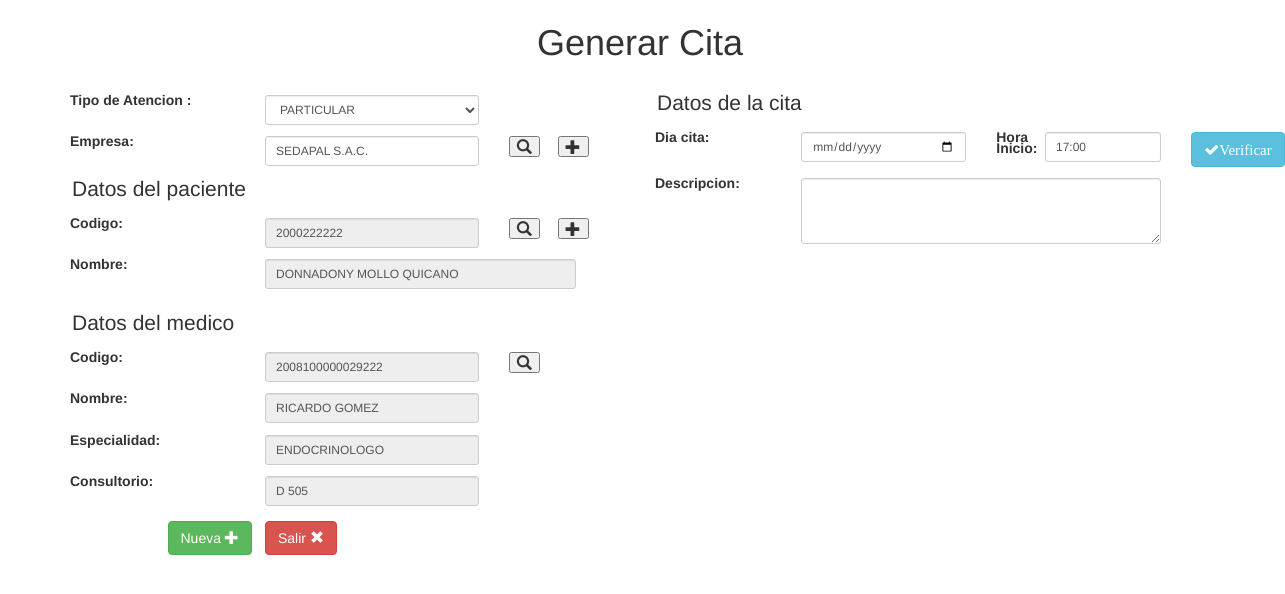
Repository: Donyx10/ADSII-ProyectoClinica
Page: http://localhost/AvanceWeb/GeneraCitaMedica.jsp
The author's editor kept a copy of each file at every save. The page is drawn from the files as they stood at one save, then again after a run of saves.
The browser window is 1280 px wide. The page is 1285 px wide, then 1284 px, so the pictures cover 1285 px, including what lies to the right of the window. The pictures show the whole page.
Some web fonts or font styles are not loaded; a fallback is used. The page is served by Tomcat 9. Other server files are loaded and not shown.

Above is the page before, as saved 2018-06-04 05:43:09.

### WebDemo/AvanceWeb/WebContent/GeneraCitaMedica.jsp
<!DOCTYPE html>
<html lang="esS">
<head>
<meta charset="UTF-8">
<meta name="viewport"
	content="width=device-width, initial-scale=1, maximum-scale=1, user-scalable=no">
<script type="text/javascript" src="js/jquery.min.js"></script>
<script type="text/javascript" src="js/jquery.dataTables.min.js"></script>
<script type="text/javascript" src="js/dataTables.bootstrap.min.js"></script>
<script type="text/javascript" src="js/bootstrap.min.js"></script>
<script type="text/javascript" src="js/bootstrapValidator.js"></script>
<link rel="stylesheet" href="css/bootstrap.css" />
<link rel="stylesheet" href="css/dataTables.bootstrap.min.css" />
<link rel="stylesheet" href="css/style.css" />
<link rel="stylesheet" href="css/bootstrapValidator.css" />
<link rel="stylesheet"
	href="https://cdnjs.cloudflare.com/ajax/libs/font-awesome/4.7.0/css/font-awesome.min.css">
<title>Generar Cita</title>

</head>
<body>

	<div class="container" style="padding-top: 3px; line-height: 0.8;">
		<h1 align="center">Generar Cita</h1>
		<br>
		<br>
		<form action="generarCita" id="id_form">
			<div class="form-group row">
				<div class="col-md-6" >

					<div class="form-group row" align="left" id="atencion">
						<div class="col-md-12" >
							<div class="row">
								<div class="col-md-4">
									<label for="atencion">Tipo de Atencion : </label>
								</div>
								<div class="col-md-5">
									<select class="form-control input-sm" style="">
										<option>PARTICULAR
										<option>EPS
										<option>SEGURO
									</select>
								</div>
							</div>
							<br>
							<div class="row">
									<div class="col-md-4">
										<label class="" for="id_codigo">Empresa:</label>
									</div>
									<div class="col-md-5">
										<input class="form-control input-sm" type="text"
											value="SEDAPAL S.A.C." id="" name=""
											placeholder="Ingrese el codigo">
									</div>
									<div class="col-md-1" align="right">
										<button style="font-size: 15px">
											<i class="glyphicon glyphicon-search"></i>
										</button>
									</div>
									<div class="col-sm-1">
										<button style="font-size: 15px">
											<i class="glyphicon glyphicon-plus"></i>
										</button>
									</div>
								</div>

						</div>
					</div>

					<div class="form-group row" align="left" id="paciente">
						<div class="col-md-12" >
							<fieldset>
								<legend>Datos del paciente</legend>
								<div class="row">
									<div class="col-md-4">
										<label class="" for="id_codigo">Codigo:</label>
									</div>
									<div class="col-md-5">
										<input class="form-control input-sm" type="text" readonly="readonly"
											value="2000222222" id="" name=""
											placeholder="Ingrese el codigo">
									</div>
									<div class="col-md-1" align="right">
										<button style="font-size: 15px">
											<i class="glyphicon glyphicon-search"></i>
										</button>
									</div>
									<div class="col-sm-1">
										<button style="font-size: 15px">
											<i class="glyphicon glyphicon-plus"></i>
										</button>
									</div>
								</div>
								<br>
								<div class="row">
									<div class="col-md-4">
										<label class="" for="">Nombre:</label>
									</div>
									<div class="col-md-7">
										<input class="form-control input-sm" type="text" readonly="readonly"
											value="DONNADONY MOLLO QUICANO" id="" name=""
											placeholder="Ingrese el nombre" size="30">
									</div>
								</div>

							</fieldset>
						</div>

					</div>

					<br>
					<div class="form-group row" id="cita" >
						<div class="col-md-12">
						<fieldset>
								<legend>Datos del medico</legend>

								<div class="row">
									<div class="col-md-4">
										<label class="" for="id_codigo">Codigo:</label>
									</div>
									<div class="col-md-5">
										<input class="form-control input-sm" type="text" readonly="readonly"
											id="id_codigo" value="2008100000029222"
											name="computadora.nombre" placeholder="Ingrese el codigo">

									</div>
									<div class="col-md-1">
										<button style="font-size: 15px">
											<i class="glyphicon glyphicon-search"></i>
										</button>
									</div>
								</div>
								<br>
								<div class="row">
									<div class="col-md-4">
										<label class="" for="">Nombre:</label>
									</div>
									<div class="col-md-5">
										<input class="form-control input-sm" type="text" id="" readonly="readonly"
											value="RICARDO GOMEZ" name="" placeholder="Ingrese el nombre">
									</div>
								</div>
								<br>
								<div class="row">
									<div class="col-md-4">
										<label class="" for="">Especialidad:</label>
									</div>
									<div class="col-md-5">
										<input class="form-control input-sm" type="text" id="" name="" readonly="readonly"
											value="ENDOCRINOLOGO" placeholder="Ingrese la especialidad">
									</div>
								</div>
								<br>
								<div class="row">
									<div class="col-md-4">
										<label class="" for="">Consultorio:</label>
									</div>
									<div class="col-md-5">
										<input class="form-control input-sm" type="text" id="" name="" readonly="readonly"
											value="D 505" placeholder="Ingrese el consultorio">
									</div>
								</div>
							</fieldset>

						</div>
					</div>
					<div class="form-group row" id="botones">
						<div class="col-md-2" align="center"></div>
						<div class="col-md-2" align="center">
							<button type="submit" class="btn btn-success">
								Nueva <span class="glyphicon glyphicon-plus"></span>
							</button>
						</div>
						<div class="col-md-2" align="center">
							<button type="submit" class="btn btn-danger">
								Salir <span class="glyphicon glyphicon-remove"></span>
							</button>
						</div>
					</div>
				</div>
				<div class="col-md-6" >
					<div class="form-group row" id="medico"
						>
						<div class="col-md-12" >
							<fieldset>
								<legend>Datos de la cita </legend>
								<!--
								<div class="row">
									<div class="col-md-3">
										<label class="" for="">Especialidad:</label>
									</div>
									<div class="col-md-4">
										<select class="form-control input-sm">
											<option>TRAUMATOLOGIA
											<option>CIRUJIA
											<option>GINECOLOGIA
										</select>
									</div>
								</div>
								<br>
								 -->
								<!--
						<div class="row">
							<div class="col-md-3">
								<label class="" for="">Numero:</label>
							</div>
							<div class="col-md-3">
								<input class="form-control" type="text" id="" name="" value="001-000029"
									size="10" placeholder="Numero">
							</div>
						</div>
						<br>-->
								<div class="row">
									<div class="col-md-3">
										<label class="" for="id_codigo">Dia cita:</label>
									</div>
									<div class="col-md-4">
										<input class="form-control input-sm" type="date" id=""
											value="5/18/2018" name="" placeholder="Dia" size="10">

									</div>

									<div class="col-md-1">
										<label class="" for="id_codigo">Hora Inicio:</label>
									</div>
									<div class="col-md-3">
										<input class="form-control input-sm" type="text" id="" name=""
											value="17:00" placeholder="Hora" size="10">

									</div>
									<div class="col-md-1">
										<button style="font-size: 15px" class="btn btn-info">
											<i class="fa fa-check">Verificar</i>
										</button>

									</div>
								</div>
								<br>
								<div class="row">
									<div class="col-md-3">
										<label class="" for="">Descripcion:</label>
									</div>
									<div class="col-lg-8">
										<textarea class="form-control input-sm" rows="3" id="comment"></textarea>
									</div>
								</div>
							</fieldset>
						</div>
					</div>
				</div>
			</div>
		</form>
	</div>
</body>
</html>

### WebDemo/AvanceWeb/WebContent/css/style.css


.table-fixed {
	width: 100%;
	background-color: #f3f3f3;
}

.table-fixed tbody {
	height: 120px;
	overflow-y: auto;
	width: 100%;
}

.table-fixed thead, .table-fixed tbody, .table-fixed tr, .table-fixed td,
	.table-fixed th {
	display: block;
}

.table-fixed tbody td {
	float: left;
}

.table-fixed thead tr th {
	float: left;
	background-color: #f39c12;
	border-color: #e67e22;
}

legend {
    display: block;
    padding-left: 2px;
    padding-right: 2px;
    border: none;
}

Loaded but not shown: WebDemo/AvanceWeb/WebContent/js/jquery.min.js (library); WebDemo/AvanceWeb/WebContent/js/jquery.dataTables.min.js (library); WebDemo/AvanceWeb/WebContent/js/dataTables.bootstrap.min.js (common file); WebDemo/AvanceWeb/WebContent/js/bootstrap.min.js (library); WebDemo/AvanceWeb/WebContent/js/bootstrapValidator.js (library); WebDemo/AvanceWeb/WebContent/css/bootstrap.css (library); WebDemo/AvanceWeb/WebContent/css/dataTables.bootstrap.min.css (library); WebDemo/AvanceWeb/WebContent/css/bootstrapValidator.css (common file)

After the next 2 saves:
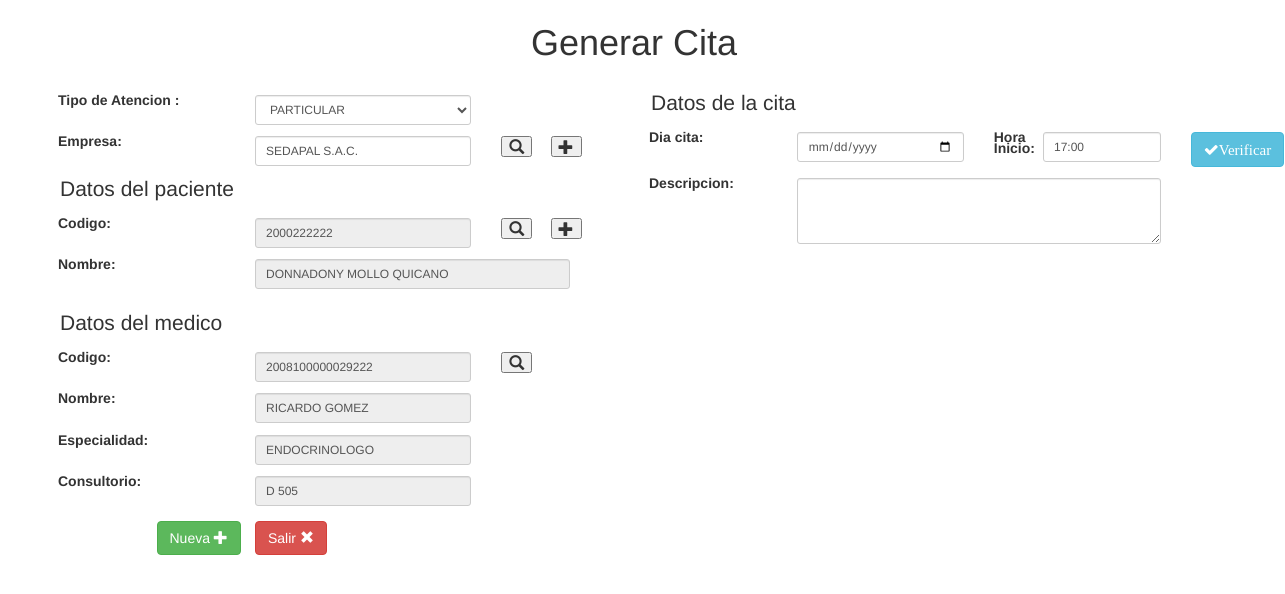
The 2 saves are shown as one change because they came seconds apart.
The last was saved 93 s later.
--- a/WebDemo/AvanceWeb/WebContent/GeneraCitaMedica.jsp
+++ b/WebDemo/AvanceWeb/WebContent/GeneraCitaMedica.jsp
@@ -20,7 +20,7 @@
 </head>
 <body>
 
-	<div class="container" style="padding-top: 3px; line-height: 0.8;">
+	<div class="container" style="padding-top: 3px; line-height: 0.8; padding-left: 3px;">
 		<h1 align="center">Generar Cita</h1>
 		<br>
 		<br>
